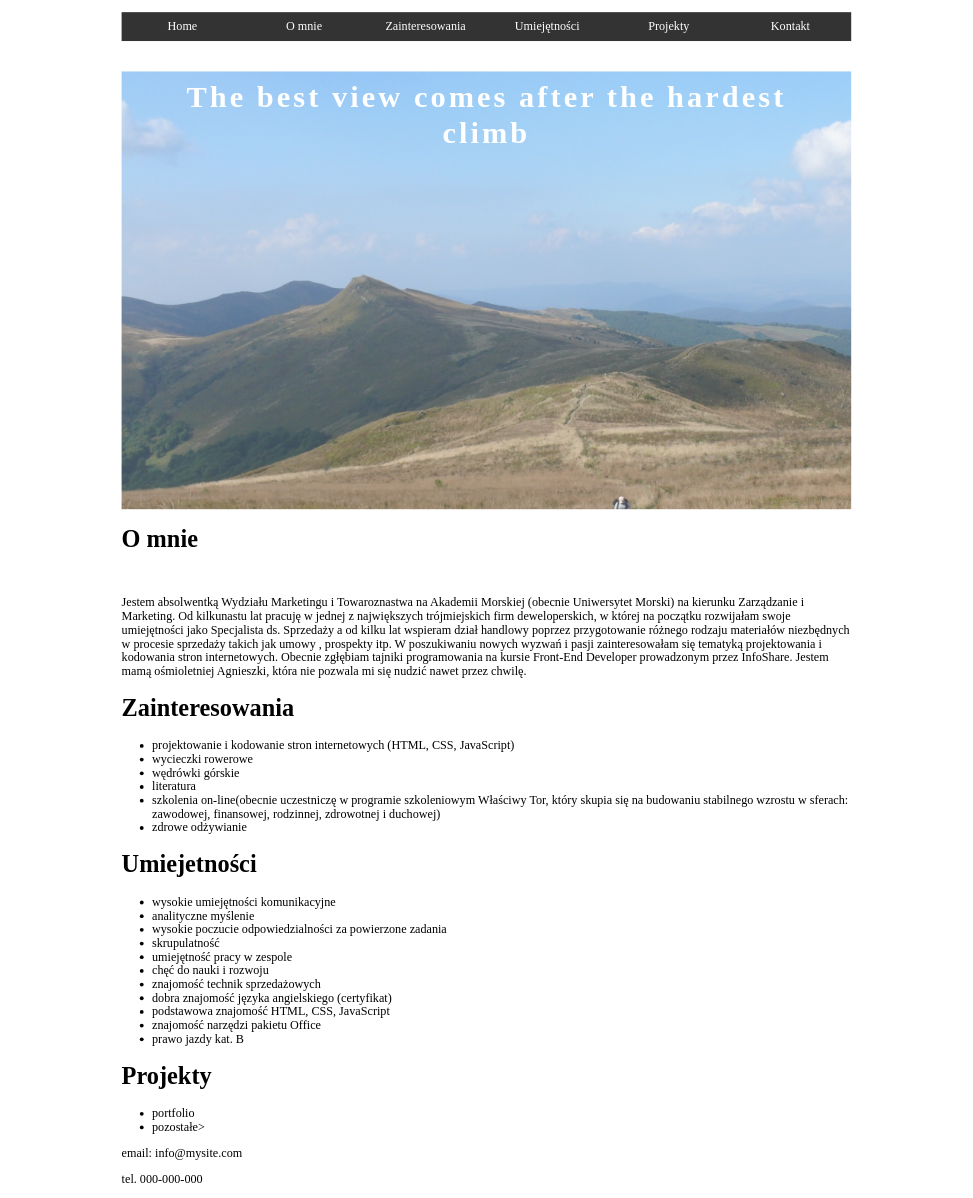
Repository: MagJaw/portfolio
Page: portfolio.html
These files come from the project's save history. The page is drawn as it stood at one moment and after the next save; the edit follows.
The browser window is 1280 px wide. The pictures show the whole page, at 76% of full size.

Above is the page before, as saved 2018-11-12 00:54:03.

### portfolio.html
<!DOCTYPE html>
<html lang="pl">
<head>
    <meta charset="UTF-8">
    <meta name="viewport" content="width=device-width, initial-scale=1.0">
    <meta http-equiv="X-UA-Compatible" content="ie=edge">
    <link rel="stylesheet" href="main.css">
    <title>Portfolio</title>
</head>
<body>
    <div id="wrapper">
        <nav role="navigation"class="menu__container">
            <ul class="menu">
                <li class="menu__section">
                    <a href="#section1">Home</a>
                </li>
                <li class="menu__section">
                    <a href="#section2">O mnie</a>
                </li>
                <li class="menu__section">
                    <a href="#section3">Zainteresowania</a>
                </li>
                <li class="menu__section">
                    <a href="#section4">Umiejętności</a>
                </li>
                <li class="menu__section">
                    <a href="#section5">Projekty</a>
                </li>
                <li class="menu__section">
                    <a href="#section6">Kontakt</a>
                </li>
            </ul>
        </nav>
        <div class="motto__container">
            <blockquote><b>The best view comes after the hardest climb</b></blockquote>
        </div>

        <div class="section2">
            <h1 class="header__section">O mnie</h1>
            <img src="" class="my__photo">
            <p> Jestem absolwentką Wydziału Marketingu i Towaroznastwa na Akademii Morskiej (obecnie Uniwersytet Morski) na kierunku Zarządzanie i Marketing. Od kilkunastu lat pracuję w jednej z największych trójmiejskich firm deweloperskich, w której na początku rozwijałam swoje umiejętności jako Specjalista ds. Sprzedaży a od kilku lat wspieram dział handlowy poprzez przygotowanie różnego rodzaju materiałów niezbędnych w procesie sprzedaży takich jak umowy , prospekty itp. W poszukiwaniu nowych wyzwań i pasji zainteresowałam się tematyką projektowania i kodowania stron internetowych. Obecnie zgłębiam tajniki programowania na kursie Front-End Developer prowadzonym przez InfoShare. Jestem mamą ośmioletniej Agnieszki, która nie pozwala mi się nudzić nawet przez chwilę.</p>
        </div>
        <div class="section3">
            <h1 class="header__section">Zainteresowania</h1>
            <ul>
                <li>projektowanie i kodowanie stron internetowych (HTML, CSS, JavaScript)</li>
                <li>wycieczki rowerowe</li>
                <li>wędrówki górskie</li>
                <li>literatura</li>
                <li>szkolenia on-line(obecnie uczestniczę w programie szkoleniowym Właściwy Tor, który skupia się na budowaniu stabilnego wzrostu w sferach: zawodowej, finansowej, rodzinnej, zdrowotnej i duchowej)</li>
                <li>zdrowe odżywianie</li>
            </ul>
        </div>
        <div class="section4">
            <h1 class="header__section">Umiejetności</h1>
            <ul>
                <li>wysokie umiejętności komunikacyjne</li>
                <li>analityczne myślenie</li>
                <li>wysokie poczucie odpowiedzialności za powierzone zadania</li>
                <li>skrupulatność</li>
                <li>umiejętność pracy w zespole</li>
                <li>chęć do nauki i rozwoju</li>
                <li>znajomość technik sprzedażowych</li>
                <li>dobra znajomość języka angielskiego (certyfikat)</li>
                <li>podstawowa znajomość HTML, CSS, JavaScript</li>
                <li>znajomość narzędzi pakietu Office</li>
                <li>prawo jazdy kat. B</li>
            </ul>
        </div>
        <div class="section5">
            <h1 class="header__section">Projekty</h1>
            <ul>
                <li>portfolio</li>
                <li>pozostałe></li>
            </ul>
        </div>
        <div class="section6">
            <p>email: info@mysite.com</p>
            <p>tel. 000-000-000</p>
        </div>
    </div>
</body>
</html>

### main.css
#wrapper {
    width: 100%;
    max-width: 960px;
    margin: 0 auto;
}

.menu__container {
background:  #333;
}

.menu {
    list-style-type: none;
    padding: 0;
}

.menu__container a {
    text-decoration: none;
    text-align: center;
    color: #fff;
    display: block;
    padding: 10px;
}

.menu__container a:hover {
background-color: #555;
}

.motto__container {
width: 100%;
height: 45vw;
background-image: url(tapeta.jpg);
background-color: #555;
opacity: 0.8;
}

blockquote {
font-size: 2.5em;
font-weight: 2em;
letter-spacing: 0.1em;
color: #fff;
text-align: center;
padding: 10px;
opacity: 1;
}

@media screen and (min-width: 768px){

.menu {
display: flex;
}

.menu__section {
flex: 1 1 0;
}

}

After the next save:
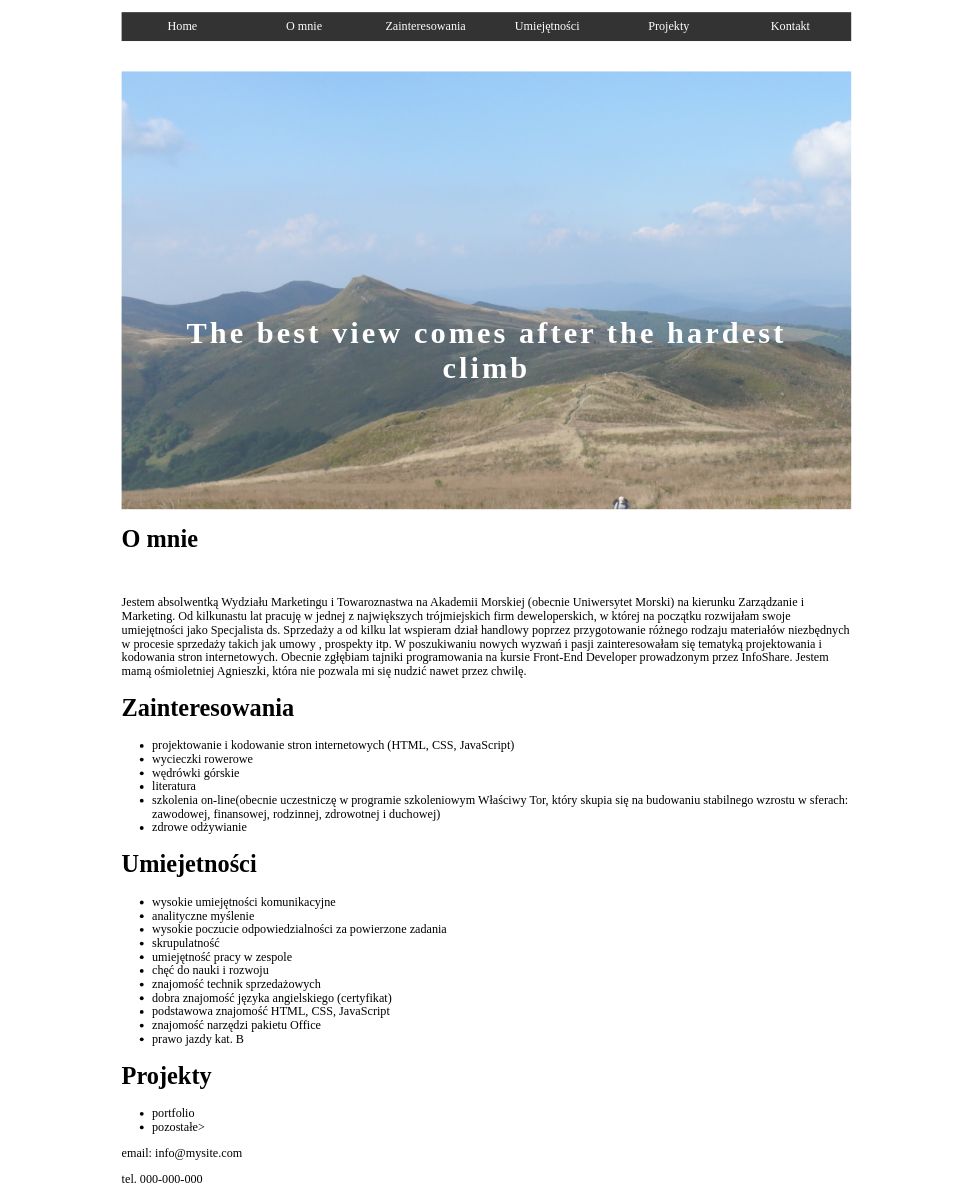
Saved 2 min 19 s later.
--- a/main.css
+++ b/main.css
@@ -35,11 +35,10 @@ opacity: 0.8;
 
 blockquote {
 font-size: 2.5em;
-font-weight: 2em;
 letter-spacing: 0.1em;
 color: #fff;
 text-align: center;
-padding: 10px;
+padding: 25vw 0;
 opacity: 1;
 }
 
